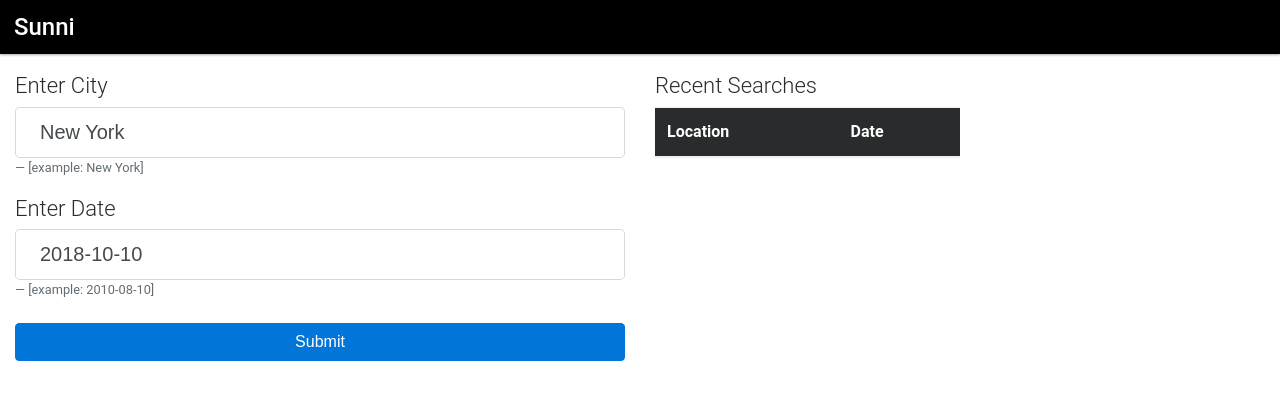
Repository: Oakga/Weather_app
Page: index.html
The author's editor kept a copy of each file at every save. The page is drawn from the files as they stood at one save, then again after the next save.
The browser window is 1280 px wide. The pictures show the whole page.

Above is the page before, as saved 2017-09-22 07:30:39.

### index.html
<!DOCTYPE html>
<html>
<head>
    <meta charset="utf-8">
    <link rel="stylesheet" href="https://maxcdn.bootstrapcdn.com/bootstrap/4.0.0-alpha.6/css/bootstrap.min.css" integrity="sha384-rwoIResjU2yc3z8GV/NPeZWAv56rSmLldC3R/AZzGRnGxQQKnKkoFVhFQhNUwEyJ" crossorigin="anonymous">
    <!-- <link href='http://fonts.googleapis.com/css?family=Roboto:400,300,700' rel='stylesheet' type='text/css'> -->
    <link href="css/styles.css" rel="stylesheet" type="text/css">
    <script src="https://unpkg.com/axios/dist/axios.min.js"></script>
</head>
<body>
    <header>
        <h1>Sunni</h1>
    </header>
    <div class="container-fluid">
        <div class="row">
            <div class="col">
                <form id="location-form">
                    <h2>Enter City</h2><input value="New York" type="text" id="location-input" class="form-control form-control-lg "/>
                    <footer class="blockquote-footer">[example: New York]</footer>
                    <h2>Enter Date</h2><input value="2018-10-10" type="text" id="date-input" class="form-control form-control-lg "/>
                    <footer class="blockquote-footer">[example: 2010-08-10]</footer>
                    <br>
                    <button type="submit" class="btn btn-primary btn-block">Submit</button>
                </form>
                <div id="formatted-address"></div>
                <div id="geometry-component"></div>
                <div id="weather-component"></div>
            </div>
            <div class="col">
                <div class="w-100"></div>
                <h2>Recent Searches</h2>
                <table class="table table-hover">
                    <thead class="thead-inverse">
                        <tr>
                            <th>Location</th>
                            <th>Date</th>
                        </tr>
                        <tbody id="history-table">
                        </tbody>
                    </thead>
                </table>
            </div>
        </div>
    </div>
</div>
<script src="js/main.js"></script>
</body>
</html>

### css/styles.css
body {
    font-family: 'Roboto', 'Sans Serif';
    font-size: 16px;
    padding: 0;
    margin: 0;
}

header {
    background-color: #000000;
    padding: 14px;
    box-shadow: 0 1px 3px rgba(0,0,0,0.12), 0 1px 2px rgba(0,0,0,0.24);
}

h1, h2, h3 {
    font-weight: 300;
}

header > h1 {
    font-weight: 500;
    font-size: 24px;
    margin: 0;
    color: #FFFFFF;
}

h2 {
    font-size: 22px;
    margin: 20px 0 8px 0;
}

.table {
    border-radius: 5px;
    width: 50%;
    float: none;
}

### js/main.js
class foreCastReport {
    constructor(Time,Humidity,Precipitation,Intensity,Wind,MaxTemperature,MinTemperature){
        this.Time = Time;
        this.Humidity = Humidity;
        this.Precipitation = Precipitation;
        this.Intensity = Intensity;
        this.Wind = Wind;
        this.MaxTemperature = MaxTemperature;
        this.MinTemperature = MinTemperature;
    };
};

class todayReport {
    constructor(Time,Summary,Humidity,Temperature, Precipitation,Intensity,Wind,){
        this.Time = Time;
        this.Summary = Summary;
        this.Humidity = Humidity;
        this.Temperature = Temperature;
        this.Precipitation = Precipitation;
        this.Intensity = Intensity;
        this.Wind = Wind;
    };
};

const geoCode = (location, time=Date.now()) => {
    axios.get('https://maps.googleapis.com/maps/api/geocode/json',{
    params:{
        address: location,
        key: 'AIzaSyAkYBjwd7ygcP8GpAz47QsP3s3vaweLAE0'
    }
}).then(function(response){
    console.log(response);
    const formattedAddr = response.data.results[0].formatted_address;
    const formattedAddrOutput = `
    <h2> Current Search Location: </h2>
    <ul class="list-group">
    <li class="list-group-item">
    ${formattedAddr}
    </li>
    </ul>
    `;
    let addressComponents = response.data.results[0].address_components;
    let lat = Math.round(response.data.results[0].geometry.location.lat*10000)/10000;
    let lng = Math.round(response.data.results[0].geometry.location.lng*10000)/10000;
    let geometryOutput = `
    <ul class="list-group">
    <li class="list-group-item">
    <strong>
    Latitude
    </strong>: ${lat}
    </li>
    <li class="list-group-item">
    <strong>
    Longitude
    </strong>: ${lng}
    </li>
    </ul>
    <br>
    `;
    document.getElementById('formatted-address').innerHTML = formattedAddrOutput;
    document.getElementById('geometry-component').innerHTML = geometryOutput;

    darkSky(lat,lng,time);
    updateHistory(formattedAddr,time);

})
.catch(function(error){
    console.log(error);
    const formattedAddrOutput = `
    <div class="alert alert-danger" role="alert">
    <strong>Unknown Location!</strong> Change a few things up and try submitting again.
    </div>
    `;
    document.getElementById('formatted-address').innerHTML = formattedAddrOutput;
})
};
const weeklyWeatherTable = (response) => {
    let weeklyReport = [];
    const currentDate =  response.data.currently;
    const dailyDate = response.data.daily.data;
    let formattedTime;
    for(let i=0;i<dailyDate.length;i++){
        formattedTime= convertUnixTime(dailyDate[i].time);
        const dayReport = weeklyReport[i] = new foreCastReport(
            formattedTime,
            dailyDate[i].humidity,
            dailyDate[i].precipProbability,
            dailyDate[i].precipIntensity,
            dailyDate[i].windSpeed,
            dailyDate[i].temperatureMax,
            dailyDate[i].temperatureMin,
        );
    };
    console.log(dailyDate);
    console.log(response.data);
    let columnNames = ``;
    const units = ['','%','%','(mm/hr)','(m/s)','(`C)','(`C)'];
    let counter = 0;
    for ( property in weeklyReport[0] ) {
        columnNames += `
        <th>
        ${property}${units[counter]}
        </th>
        `;
        counter++;
    };

    let itemRows = ``;
    let reportForTheDay;
    for(var i=0;i<weeklyReport.length;i++){
        reportForTheDay=weeklyReport[i];
        itemRows += `
        <tr>
        <th scope="row">${reportForTheDay.Time}</th>
        <td>${reportForTheDay.Humidity}</td>
        <td>${reportForTheDay.Precipitation}</td>
        <td>${reportForTheDay.Intensity}</td>
        <td>${reportForTheDay.Wind}</td>
        <td>${reportForTheDay.MaxTemperature}</td>
        <td>${reportForTheDay.MinTemperature}</td>
        </tr>`
    };

    let tableOutput = `
    <h2> Upcoming Forecasts </h2>
    <table class="table table-hover">
    <thead class="thead-inverse" id="table-index">
    ${columnNames}
    </thead>
    <tbody>
    ${itemRows}
    </tbody>
    </table>
    `;
    document.getElementById('weather-component').innerHTML = tableOutput;
};
const darkSky = (lat, lng, date = Date.now()) => {
    let apiCall = 'https://cors-anywhere.herokuapp.com/https://api.darksky.net/forecast/c84a2f187efcca194054935abae32b10/'+lat+','+lng;
    axios.get(apiCall,{
        params: {
            exclude: '[hourly,flags]',
            time: date,
            unit: '[si]',
        }
    }).then(function(response){
        weeklyWeatherTable(response);
    })
    .catch(function(error){
        console.log(error);
        const alert = `
        <div class="alert alert-danger" role="alert">
        <strong>Cannot find Weather information!</strong> Change a few things up and try submitting again.
        </div>
        `;
        document.getElementById('weather-component').insertAdjacentHTML("afterbegin",alert);
    })
    ;
}

const convertUnixTime = (time) => {
    let date = new Date(time*1000);
    const months = ['Jan','Feb','Mar','Apr','May','Jun','Jul','Aug','Sep','Oct','Nov','Dec'];
    year = date.getFullYear();
    month = months[date.getMonth()];
    numDate = date.getDate();
    formattedTime = numDate + ' ' + month + ' ' + year;
    return formattedTime;
}
const updateHistory = (location,time) => {
    const formattedTime = convertUnixTime(time);

    let itemRows = ``;
    itemRows += `
    <tr>
    <td>${location}</td>
    <td>${formattedTime}</td>
    </tr>`;

    document.getElementById('history-table').insertAdjacentHTML("afterbegin",itemRows);
};


document.getElementById('location-form').addEventListener('submit', function (e){
    e.preventDefault();
    const location = document.getElementById('location-input').value;
    const date = document.getElementById('date-input').value;
    if(date!==null){
        const unixTime = Date.parse(date)/1000;
        geoCode(location,unixTime);
    }
    else {
        geoCode(location);
    };
});

After the next save:
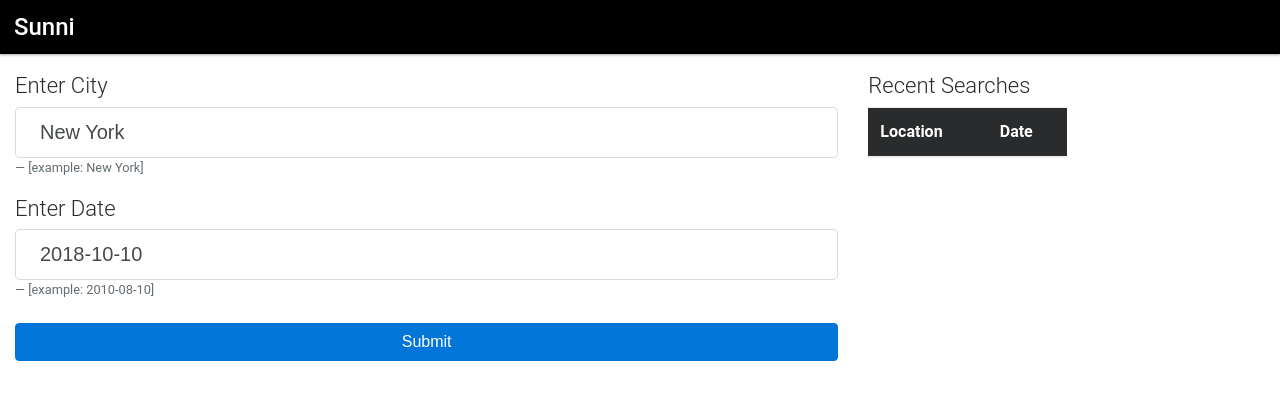
Saved 83 s later.
--- a/index.html
+++ b/index.html
@@ -13,7 +13,7 @@
     </header>
     <div class="container-fluid">
         <div class="row">
-            <div class="col">
+            <div class="col-sm-8">
                 <form id="location-form">
                     <h2>Enter City</h2><input value="New York" type="text" id="location-input" class="form-control form-control-lg "/>
                     <footer class="blockquote-footer">[example: New York]</footer>
@@ -26,8 +26,7 @@
                 <div id="geometry-component"></div>
                 <div id="weather-component"></div>
             </div>
-            <div class="col">
-                <div class="w-100"></div>
+            <div class="col-sm-4">
                 <h2>Recent Searches</h2>
                 <table class="table table-hover">
                     <thead class="thead-inverse">
